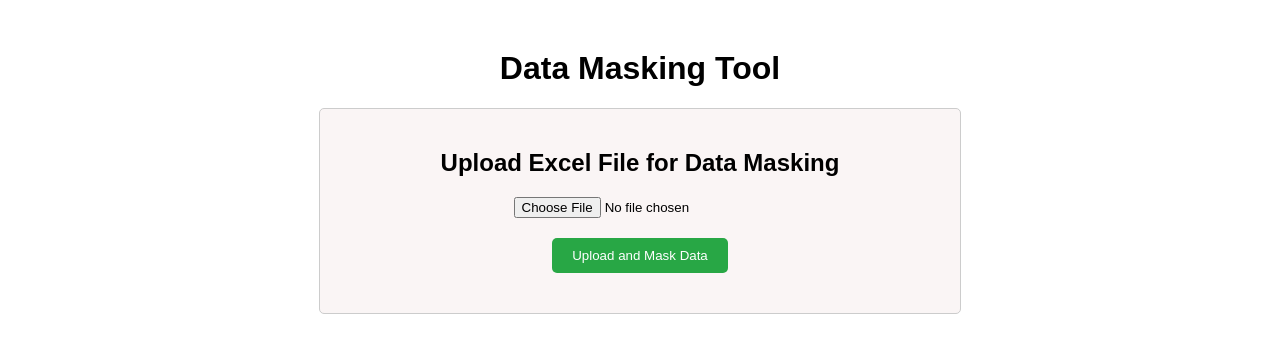
Repository: prithika12/DataMasking_Tool
Page: index.html
An editor plug-in stored every save of this project. The page is shown before and after the next save, followed by the edit.
The browser window is 1280 px wide. The pictures show the whole page.

Above is the page before, as saved 2024-07-09 11:33:45.

### index.html
<!DOCTYPE html>
<html>
<head>
    <h1>Data Masking Tool</h1>
    <style>
        body {
            font-family: Arial, sans-serif;
            margin: 50px;
        }
        .container {
            max-width: 600px;
            margin: 0 auto;
            padding: 20px;
            background-color: #faf5f5;
            border: 1px solid #ccc;
            border-radius: 5px;
        }
        h2 {
            text-align: center;
        }
        h1 {
            text-align: center;
        }
        input[type="file"] {
            display: block;
            margin: 20px auto;
        }
        button {
            display: block;
            margin: 20px auto;
            padding: 10px 20px;
            background-color: #28a745;
            color: white;
            border: none;
            border-radius: 5px;
            cursor: pointer;
        }
        button:hover {
            background-color: #218838;
        }
    </style>
</head>
<body>
    <div class="container">
        <h2>Upload Excel File for Data Masking</h2>
        <form action="/uploader" method="post" enctype="multipart/form-data">
            <input type="file" name="file" accept=".xlsx">
            <button type="submit">Upload and Mask Data</button>
        </form>
    </div>
</body>
</html>

After the next save:
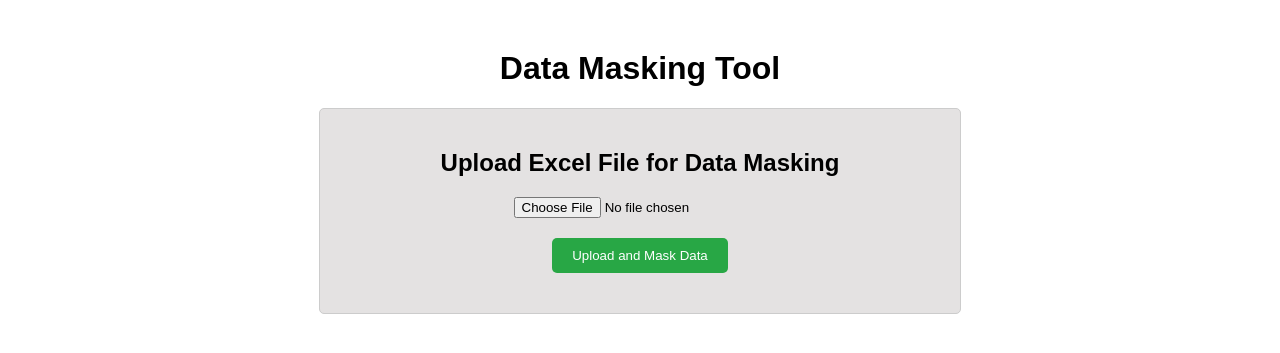
Saved 8 s later.
--- a/index.html
+++ b/index.html
@@ -11,7 +11,7 @@
             max-width: 600px;
             margin: 0 auto;
             padding: 20px;
-            background-color: #faf5f5;
+            background-color: #e4e2e2;
             border: 1px solid #ccc;
             border-radius: 5px;
         }

After the save that followed:
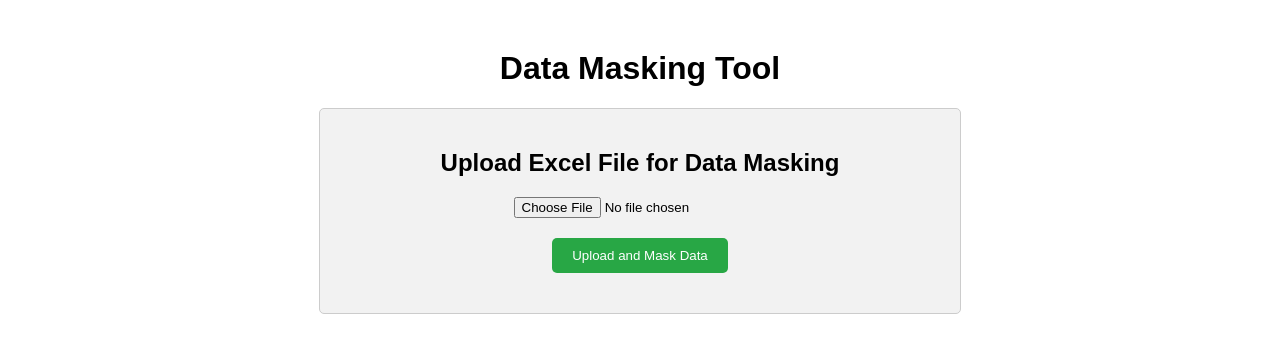
Saved 6 s later.
--- a/index.html
+++ b/index.html
@@ -11,7 +11,7 @@
             max-width: 600px;
             margin: 0 auto;
             padding: 20px;
-            background-color: #e4e2e2;
+            background-color: #f2f2f2;
             border: 1px solid #ccc;
             border-radius: 5px;
         }
